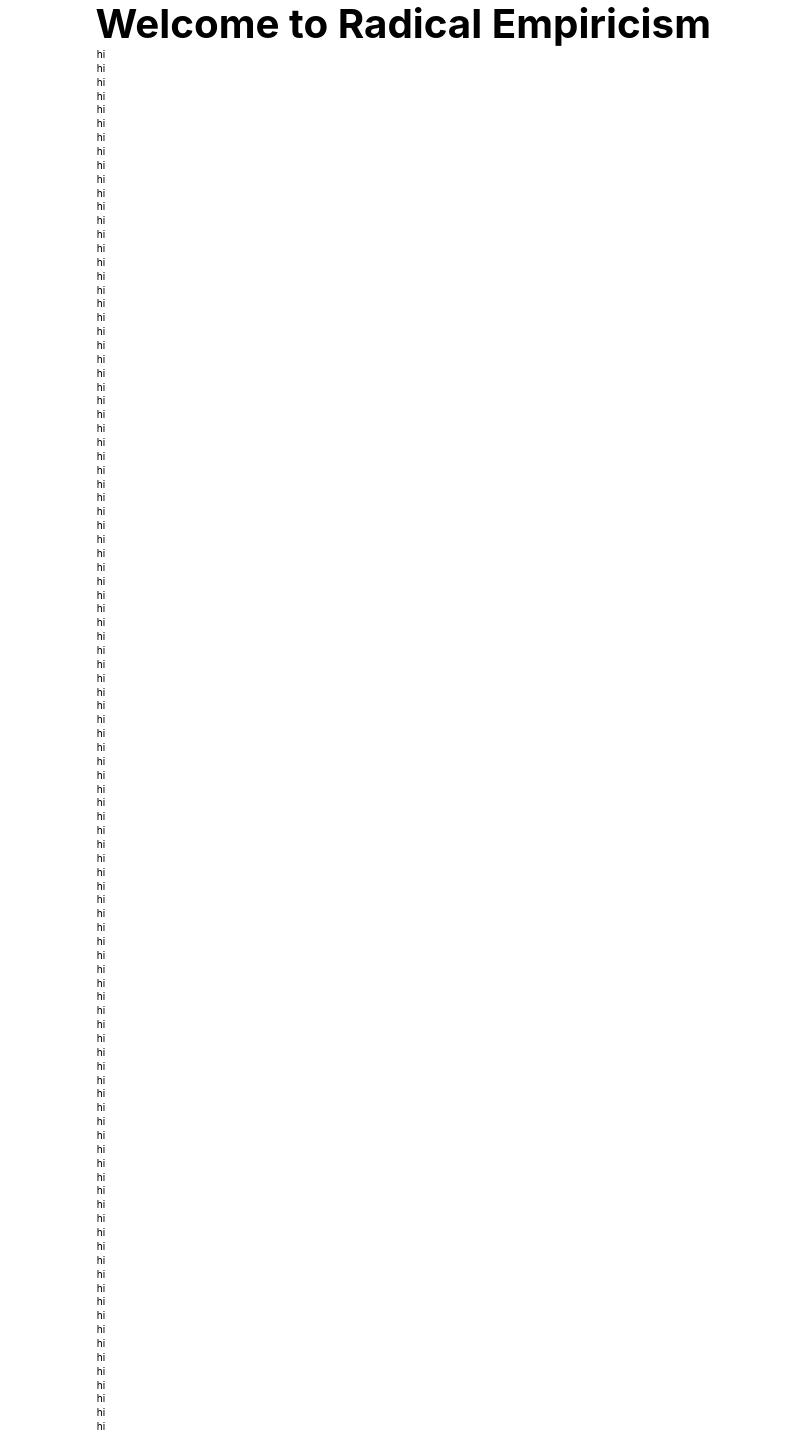
Repository: mcverter/EthicalPataphysicsOfAnarchism
Page: / (app in RadicalEmpiricism/src/nextjs/)
The author's editor kept a copy of each file at every save. The page is drawn from the files as they stood at one save, then again after the next save.
The browser window is 1280 px wide. The pictures show the whole page, at 63% of full size.
The project was rebuilt for these pictures with package versions that can differ from the ones it lists, and the page was loaded fresh each time. The framework's server and built-in components were replaced by stand-ins that run in the browser.

Above is the page before, as saved 2022-01-08 18:29:43.

After the next save:
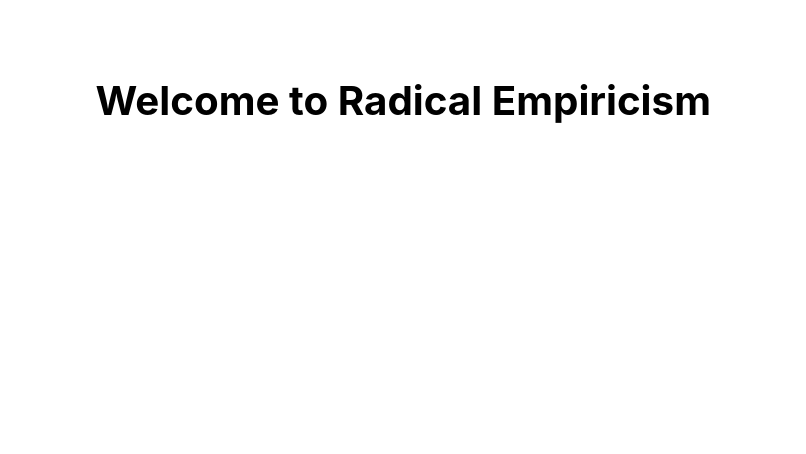
Saved 41 s later.
--- a/RadicalEmpiricism/src/nextjs/components/TranslationCell.jsx
+++ b/RadicalEmpiricism/src/nextjs/components/TranslationCell.jsx
@@ -9,10 +9,12 @@ const FrenchCell = (french) => <td>{french}</td>;
  * @returns
  */
 export const TranslationRow = ({idx, book, english, french}) => {
+  debugger;
   console.log('foo')
   return (
   <tr id={book + idx}>
-    hi
+    <td english={english} />
+    <td french={french} />
   </tr>
 );
   }
